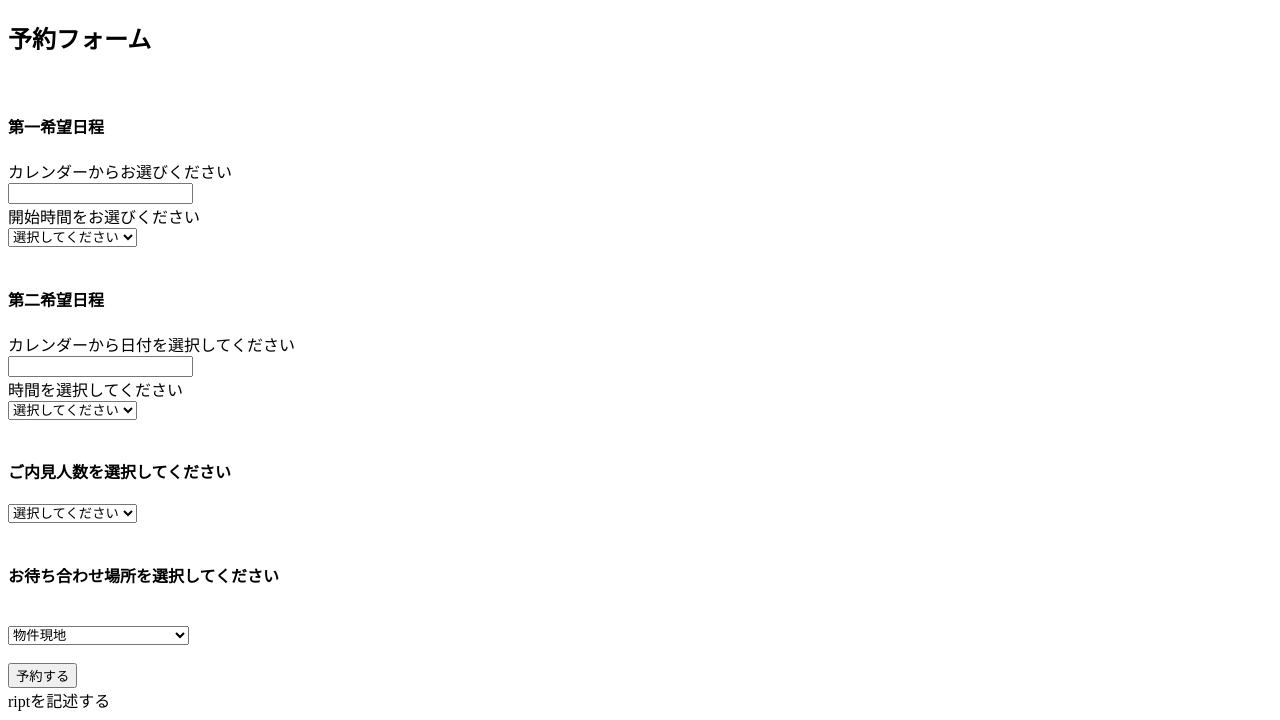
Repository: tuwen0803/contactform
Page: reservation.html
The author's editor kept a record of every edit. The page is drawn from the files as they stood at one moment, then again after the next edit.
The browser window is 1280 px wide. The pictures show the whole page.
Some web libraries are served in a nearby version.

Above is the page before.

After the next edit:
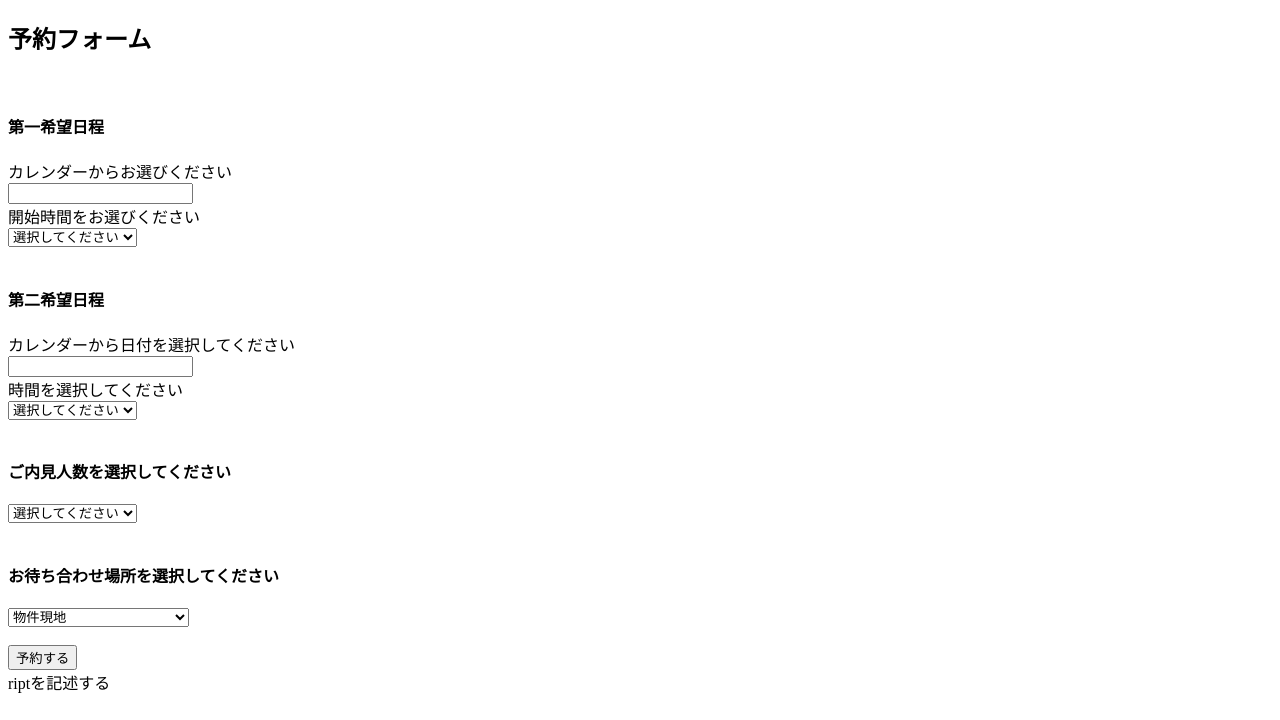
The edit:
--- a/reservation.html
+++ b/reservation.html
@@ -58,7 +58,7 @@
 	<option value="">4名様以上</option>
 	</select><br><br>
 
-<h4>お待ち合わせ場所を選択してください</h4><br>
+<h4>お待ち合わせ場所を選択してください</h4>
  	<select name="place">
   <option value="">物件現地</option>
   <option value="">弊社（港区白金台3-15-2）</option>
